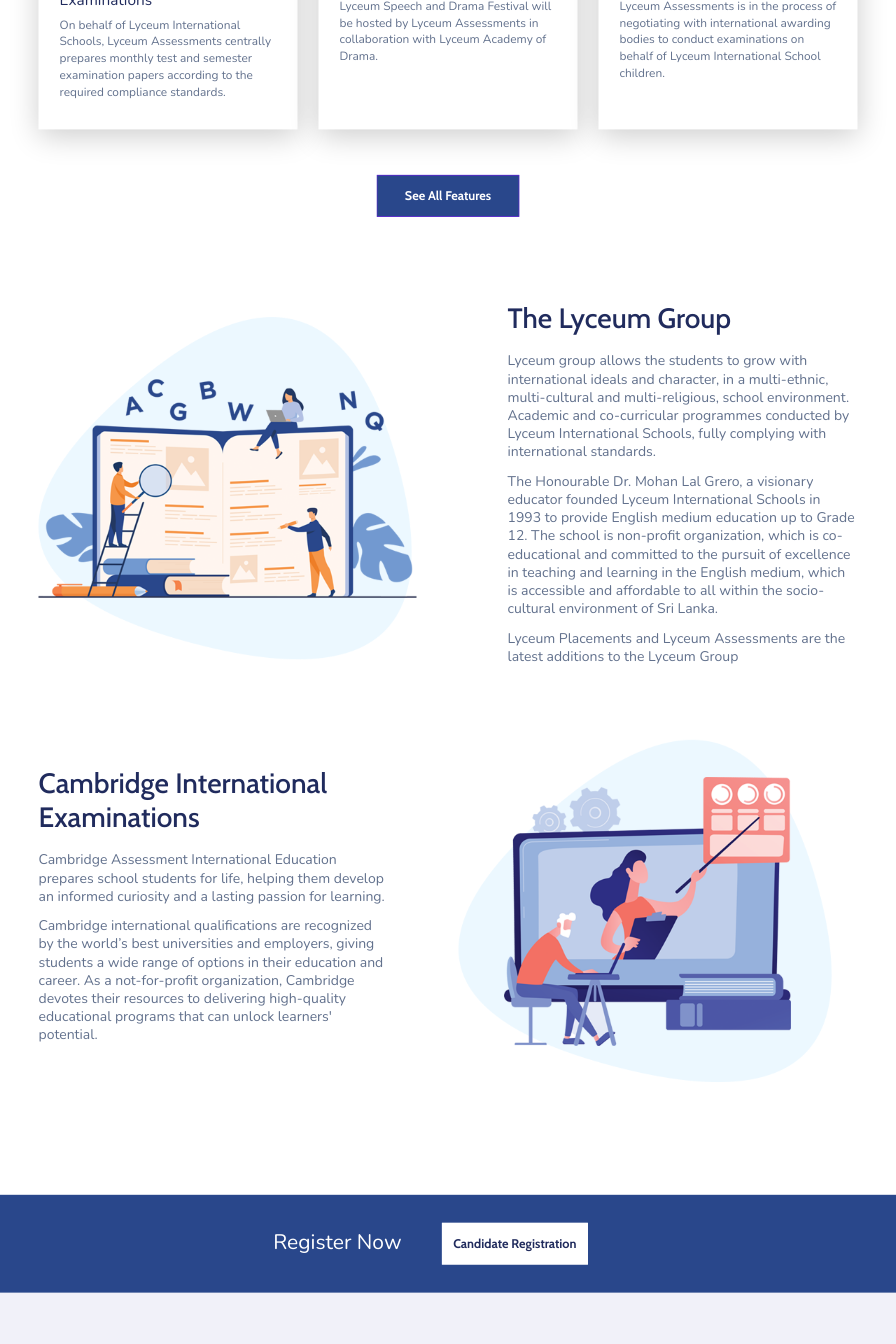
Repository: AXUSLK/LyceumAssessments-HTML
Page: index.html
These files come from the project's save history. The page is drawn as it stood at one moment and after the next save; the edit follows.
The browser window is 1280 px wide. The pictures show the part of the page from y = 1827 to 3747 px (the page is 5813 px tall before and 5718 px after), at 70% of full size.
Some web libraries are served in a nearby version.

Above is the page before, as saved 2022-02-01 10:29:42.

### index.html
<!DOCTYPE html>
<html lang="en">

<head>
	<!-- set the encoding of your site -->
	<meta charset="utf-8">
	<meta name="viewport" content="width=device-width, initial-scale=1.0">
	<!-- set the page title -->
	<title>Lyceum Assessments is a fully owned subsidiary of the Lyceum Group.</title>
	<!-- inlcude google cabin font cdn link -->
	<link
		href="https://fonts.googleapis.com/css2?family=Cabin:ital,wght@0,400;0,500;0,600;0,700;1,400;1,500;1,600;1,700&display=swap"
		rel="stylesheet">
	<!-- inlcude google nunito font cdn link -->
	<link
		href="https://fonts.googleapis.com/css2?family=Nunito:ital,wght@0,300;0,400;0,600;0,700;1,300;1,400;1,600;1,700&display=swap"
		rel="stylesheet">
	<!-- include the site bootstrap stylesheet -->
	<link rel="stylesheet" href="css/bootstrap.css">
	<!-- include the site stylesheet -->
	<link rel="stylesheet" href="style.css">
	<!-- include theme color setting stylesheet -->
	<link rel="stylesheet" href="css/colors.css">
	<!-- include the site responsive stylesheet -->
	<link rel="stylesheet" href="css/responsive.css">
</head>

<body>

	<!-- pageWrapper -->
	<div id="pageWrapper">
		<div class="phStickyWrap">

			<!-- pageHeader -->
			<header id="pageHeader" class="w-100 headerFixer">
				<div class="container">
					<!-- hdHolder -->
					<div class="hdHolder position-relative pt-2 pb-2 pt-lg-4 pb-lg-4 pt-xl-7 pb-xl-7">
						<div class="row">
							<div class="col-4 col-md-2">
								<!-- logo -->
								<div class="logo mt-1">
									<a href="javascript:void(0);">
										<img src="images/LYA__LOGO.png" class="img-fluid" alt="">
									</a>
								</div>
							</div>
							<div class="col-8 col-md-10 position-static">
								<!-- pageNav -->
								<nav id="pageNav"
									class="navbar navbar-expand-md navbar-dark justify-content-end p-0 align-items-start position-static">
									<!-- pageMainNavCollapse -->
									<div class="collapse navbar-collapse pageMainNavCollapse justify-content-end"
										id="pageMainNavCollapse">
										<!-- mainNavigation -->
										<ul class="navbar-nav mainNavigation fwSemi pt-md-2">
											<li class="nav-item">
												<a class="nav-link" href="#pageWrapper">Home <span
														class="sr-only">(current)</span></a>
												</a>
											</li>
											<li class="nav-item">
												<a class="nav-link" href="#scrollToAbout">About Us</a>
												</a>
											</li>
											<li class="nav-item">
												<a class="nav-link" href="#scrollToCambridge">Cambridge
													International</a>
												</a>
											</li>
											<li class="nav-item">
												<a class="nav-link" href="#scrollToDownloads">Downloads</a>
												</a>
											</li>
											<li class="nav-item">
												<a class="nav-link" href="#scrollToContact">Contact Us</a>
												</a>
											</li>
										</ul>
									</div>
									<!-- hdBtn -->
									<a href="javascript:void(0);"
										class="btn btn-info font-weight-normal text-capitalize hdBtn ml-md-3 ml-md-6 ml-lg-12 position-relative border-0 p-0"
										data-hover="Get Started">
										<span class="d-block btnText">Candidate Registration </span>
									</a>
									<!-- pageNavOpener -->
									<button class="navbar-toggler pageNavOpener ml-3" type="button"
										data-toggle="collapse" data-target="#pageMainNavCollapse"
										aria-controls="pageMainNavCollapse" aria-expanded="false"
										aria-label="Toggle navigation">
										<span class="navbar-toggler-icon"></span>
									</button>
								</nav>
							</div>
						</div>
					</div>
				</div>
			</header>
		</div>

		<main>

			<!-- Header -->
			<section class="introBlock d-flex w-100 position-relative text-white ">
				<div class="carousel">
					<div class="carousel-inner">
						<input class="carousel-open" type="radio" id="carousel-1" name="carousel" aria-hidden="true"
							hidden="" checked="checked">
						<div class="carousel-item">
							<img src="./images/1.jpg">
						</div>
						<input class="carousel-open" type="radio" id="carousel-2" name="carousel" aria-hidden="true"
							hidden="">
						<div class="carousel-item">
							<img src="http://fakeimg.pl/2000x800/DA5930/fff/?text=JavaScript">
						</div>
						<input class="carousel-open" type="radio" id="carousel-3" name="carousel" aria-hidden="true"
							hidden="">
						<div class="carousel-item">
							<img src="http://fakeimg.pl/2000x800/F90/fff/?text=Carousel">
						</div>
						<label for="carousel-3" class="carousel-control prev control-1">‹</label>
						<label for="carousel-2" class="carousel-control next control-1">›</label>
						<label for="carousel-1" class="carousel-control prev control-2">‹</label>
						<label for="carousel-3" class="carousel-control next control-2">›</label>
						<label for="carousel-2" class="carousel-control prev control-3">‹</label>
						<label for="carousel-1" class="carousel-control next control-3">›</label>
						<ol class="carousel-indicators">
							<li>
								<label for="carousel-1" class="carousel-bullet">•</label>
							</li>
							<li>
								<label for="carousel-2" class="carousel-bullet">•</label>
							</li>
							<li>
								<label for="carousel-3" class="carousel-bullet">•</label>
							</li>
						</ol>
					</div>
				</div>
			</section>

			<!-- About -->
			<div id="scrollToAbout" class="mt-md-n12 mt-lg-n14 pt-md-12 pt-lg-14">
				<!-- featureBlock -->
				<section class="featureBlock pt-8 pt-md-13 pt-lg-19 pt-xl-23">
					<div class="container">
						<!-- afColumn -->
						<article class="afColumn mb-7 mb-md-11 mb-lg-18">
							<div class="row align-items-center">
								<div class="col-12 col-md-6 wow slideInRight">
									<div class="extraWrap pl-md-7 pl-lg-14">
										<!-- titleWrap -->
										<header class="titleWrap">
											<h3 class="mb-5">About Lyceum Assessments</h3>
											<p>Lyceum Assessments is a fully owned subsidiary of the Lyceum Group. We
												are focusing on
												conducting, administering and offering competitive international and
												Lyceum examinations to
												students island-wide.
											</p>
											<p>
												Lyceum Assessments (Pvt) Limited was incorporated as a private limited
												company under the
												Companies Act of Sri Lanka on 27th July 2021.</p>
										</header>
										<!-- afTabsList -->
										<ul class="nav nav-tabs afTabsList border-0 fontAlter fwMedium mt-8" id="myTab"
											role="tablist">
											<li class="nav-item" role="presentation">
												<a class="nav-link active" id="analytics-tab" data-toggle="tab"
													href="#analytics" role="tab" aria-controls="analytics"
													aria-selected="true">Our Vision</a>
												</a>
											</li>
											<li class="nav-item" role="presentation">
												<a class="nav-link" id="traffic-tab" data-toggle="tab" href="#traffic"
													role="tab" aria-controls="traffic" aria-selected="false">Our
													Mission</a>
												</a>
											</li>
										</ul>
										<!-- myTabContent -->
										<div class="tab-content" id="myTabContent">
											<div class="tab-pane fade show active" id="analytics" role="tabpanel"
												aria-labelledby="analytics-tab">
												<div class="mtctWrap overflow-hidden pt-5">
													<p>To become the market leader in the administration of assessments
														in the region.</p>
												</div>
											</div>
											<div class="tab-pane fade" id="traffic" role="tabpanel"
												aria-labelledby="traffic-tab">
												<div class="mtctWrap overflow-hidden pt-5">
													<p>To provide the expertise required to assess learning at different
														levels of education by making
														globally recognized awards and qualifications accessible &
														affordable to all while ensuring
														international quality standards.</p>
												</div>
											</div>
										</div>
									</div>
								</div>

								<div class="col-12 col-md-6 wow slideInLeft">
									<!-- imgHolder -->
									<div class="imgHolder position-relative mx-auto mb-4 mb-md-0">
										<img src="./images/about.png" class="img-fluid" alt="image description">
										<!-- bgPattern -->
										<span class="bgPattern position-absolute"
											style="background-image: url(images/bgShapes03.png);"></span>
									</div>
								</div>
							</div>
						</article>
					</div>
				</section>
			</div>

			<!-- Serveices -->
			<div id="scrollTo3" class="mt-md-n12 mt-lg-n14 pt-md-12 pt-lg-14">
				<!-- featureBlock -->
				<section class="featureBlock pt-8 pb-8 pt-md-13 pb-md-13 pt-lg-19 pb-lg-20 pt-xl-23 pb-xl-24">
					<div class="container">
						<div class="row">
							<div class="col-12 col-lg-10 offset-lg-1">
								<!-- headingHead -->
								<header
									class="headingHead textMedium text-center mb-8 mb-lg-10 mb-xl-14 wow bounceInUp">
									<h3 class="mb-5">Our Services</h3>
								</header>
							</div>
						</div>
						<div class="row justify-content-center">
							<div class="col-12 col-sm-6 col-lg-4 d-flex wow flipInX" data-wow-delay="0.5s">
								<!-- featColumn -->
								<article class="featColumn shadow-lg position-relative w-100 pt-8 pb-5 px-6 mb-6">
									<span
										class="icnWrap d-flex align-items-center justify-content-center text-center rounded-circle mb-5"
										data-theme="pink">
										<span class="w-100 d-block p-1">
											<img src="images/ico01.svg" width="35" height="31" alt="icon">
										</span>
									</span>
									<h3 class="h6 fontBase font-weight-normal mb-2">
										<a href="javascript:void(0);">Lyceum International Internal Examinations</a>
									</h3>
									<p>On behalf of Lyceum International Schools, Lyceum Assessments centrally prepares
										monthly test and semester examination papers according to the required
										compliance standards.</p>
								</article>
							</div>
							<div class="col-12 col-sm-6 col-lg-4 d-flex wow flipInX" data-wow-delay="0.5s">
								<!-- featColumn -->
								<article class="featColumn shadow-lg position-relative w-100 pt-8 pb-5 px-6 mb-6">
									<span
										class="icnWrap d-flex align-items-center justify-content-center text-center rounded-circle mb-5"
										data-theme="info">
										<span class="w-100 d-block p-1">
											<img src="images/ico02.svg" width="35" height="33" alt="icon">
										</span>
									</span>
									<h3 class="h6 fontBase font-weight-normal mb-2">
										<a href="javascript:void(0);">Speech and Drama Festival</a>
									</h3>
									<p>Lyceum Speech and Drama Festival will be hosted by Lyceum Assessments in
										collaboration with Lyceum Academy of Drama.</p>
								</article>
							</div>
							<div class="col-12 col-sm-6 col-lg-4 d-flex wow flipInX" data-wow-delay="0.5s">
								<!-- featColumn -->
								<article class="featColumn shadow-lg position-relative w-100 pt-8 pb-5 px-6 mb-6">
									<span
										class="icnWrap d-flex align-items-center justify-content-center text-center rounded-circle mb-5"
										data-theme="yellow">
										<span class="w-100 d-block p-1">
											<img src="images/ico03.svg" width="35" height="33" alt="icon">
										</span>
									</span>
									<h3 class="h6 fontBase font-weight-normal mb-2">
										<a href="javascript:void(0);">International Examinations </a>
									</h3>
									<p>Lyceum Assessments is in the process of negotiating with international awarding
										bodies to conduct examinations on behalf of Lyceum International School
										children.</p>
								</article>
							</div>

						</div>
						<!-- btnWrap -->
						<footer class="text-center btnWrap pt-4 pt-md-7 wow slideInRight">
							<a href="javascript:void(0);"
								class="btn btnTheme btnMinMedium text-capitalize p-0 border-0 position-relative"
								data-hover="See All Features">
								<span class="d-block btnText">See All Features</span>
							</a>
						</footer>
					</div>
				</section>
			</div>

			<!-- Lyceum Group & Cambridge International -->
			<section id="" class="allFeatBlock pb-3 pb-lg-10 pb-xl-14">
				<div class="container">
					<!-- afColumnsWrap -->
					<div class="afColumnsWrap">
						<!-- afColumn -->
						<article class="afColumn mb-7 mb-md-11 mb-lg-18">
							<div class="row align-items-center">
								<div class="col-12 col-md-6 wow slideInLeft">
									<!-- imgHolder -->
									<div class="imgHolder position-relative mx-auto mb-4 mb-md-0">
										<img src="./images/lyceum_group.png" class="img-fluid" alt="image description">
										<!-- bgPattern -->
										<span class="bgPattern position-absolute"
											style="background-image: url(images/bgShapes03.png);"></span>
									</div>
								</div>
								<div class="col-12 col-md-6 wow slideInRight">
									<div class="extraWrap pl-md-7 pl-lg-14">
										<!-- titleWrap -->
										<header class="titleWrap">
											<h3 class="mb-5">The Lyceum Group</h3>


											<p>Lyceum group allows the students to grow with international ideals and
												character, in a multi-ethnic, multi-cultural and multi-religious, school
												environment. Academic and co-curricular programmes conducted by Lyceum
												International Schools, fully complying with international standards.</p>
											<p>The Honourable Dr. Mohan Lal Grero, a visionary educator founded Lyceum
												International Schools in 1993 to provide English medium education up to
												Grade 12. The school is non-profit organization, which is co-educational
												and
												committed to the pursuit of excellence in teaching and learning in the
												English medium, which is accessible and affordable to all within the
												socio-cultural environment of Sri Lanka.</p>
											<p>Lyceum Placements and Lyceum Assessments are the latest additions to the
												Lyceum Group</p>
										</header>
									</div>
								</div>
							</div>
						</article>
						<!-- afColumn -->
						<article class="afColumn mb-7 mb-md-11 mb-lg-18">
							<div class="row align-items-center">
								<div class="col-12 col-md-6 wow slideInLeft">
									<!-- imgHolder -->
									<div class="imgHolder position-relative mx-auto mb-4 mb-md-0">
										<img src="./images/cambridge.png" class="img-fluid" alt="image description">
										<!-- bgPattern -->
										<span class="bgPattern position-absolute"
											style="background-image: url(images/bgShapes03.png);"></span>
									</div>
								</div>
								<div class="col-12 col-md-6 wow slideInRight">
									<div class="extraWrap pr-md-7 pr-lg-14">
										<!-- titleWrap -->
										<header class="titleWrap">
											<h3 class="mb-5">Cambridge International Examinations</h3>
											<p>
											<p>Cambridge Assessment International Education prepares school students for
												life, helping them develop an informed curiosity and a lasting passion
												for learning.</p>
											<p>Cambridge international qualifications are recognized by the
												world&rsquo;s best universities and employers, giving students a wide
												range of options in their education and career. As a not-for-profit
												organization, Cambridge devotes their resources to delivering
												high-quality educational programs that can unlock learners' potential.
											</p>
											</p>
										</header>

									</div>
								</div>
							</div>
						</article>
					</div>
				</div>
			</section>


			<div id="scrollToCambridge" class="mt-md-n12 mt-lg-n14 pt-md-12 pt-lg-14 wow fadeIn" data-wow-delay="1s">
				<!-- testimonialsBlock -->
				<!-- Candidate Registration -->
				<aside class="tryPetAside text-center text-white py-5 py-lg-8 wow pulse">
					<div class="container">
						<p class="mb-0">Register Now <a href="javascript:void(0);"
								class="btn btnWhite mt-3 mt-md-0 mx-md-4 mx-lg-10 btnMin p-0 border-0 position-relative"
								data-hover="Try it"><span class="d-block btnText">Candidate Registration</span></a></p>
					</div>
				</aside>

				<article
					class="testimonialsBlock bg-light pt-7 pb-5 pt-md-9 pb-md-7 pt-lg-14 pb-lg-12 pt-xl-21 pb-xl-19">
					<div class="container">
						<header class="text-center mb-8">
							<h3 class="mb-5">Candidate
								Registration System</h3>
						</header>
						<div class="row">
							<div class="col-12">
								<!-- quotesSlider -->

								<div>
									<p class="clientQuote fontAlter text-primary">
										Cambridge
										Assessment International Education Examinations registration for the
										session May/June
										2022 is now live. Please complete your online registration
										process.</p>
									<!-- clientQuote -->

									<p class="clientQuote fontAlter text-primary pt-5">
										Lyceum Assessments deadlines for Cambridge International May/June 2022 exams
										session</p>

								</div>

							</div>
						</div>
						<div class="row">
							<div class="col-md-2"></div>
							<div class="col-md-8">
								<table class="infoTable">
									<tbody>
										<tr>
											<th width="298">
												<p><strong>Key dates</strong></p>
											</th>
											<th width="234">
												<p><strong>The year 2022</strong></p>
											</th>
										</tr>
										<tr>
											<td width="298">
												<p>Normal Registration Period (Final Entry)</p>
											</td>
											<td width="234">
												<p>02nd February - 14th February</p>
											</td>
										</tr>
										<tr>
											<td width="298">
												<p>Late Penalty Registration Period</p>
											</td>
											<td width="234">
												<p>15th February &ndash; 11th April</p>
											</td>
										</tr>
										<tr>
											<td width="298">
												<p>Very Late Penalty Registration Period</p>
											</td>
											<td width="234">
												<p>12th April onwards</p>
											</td>
										</tr>
										<tr>
											<td width="298">
												<p>Timetabled Exam Period</p>
											</td>
											<td width="234">
												<p>25 April - 10 June</p>
											</td>
										</tr>
									</tbody>
								</table>
							</div>
							<div class="col-md-2"></div>

						</div>
						<p>&nbsp;</p>
						<p class="clientQuote fontAlter text-primary">Candidates are requested to take note of the
							registration deadline.
							Registration
							is completed once you submit the application and completed the relevant
							payment.
						</p>

						<p class="clientQuote fontAlter text-primary">Any payments made after the deadline will be
							treated as late and subjected to
							the
							appropriate extra late fee.</p>

					</div>
				</article>
			</div>

			<!-- Downloads -->
			<section id="scrollToDownloads" class="allFeatBlock pb-3 pb-lg-10 pb-xl-14">
				<div class="container">
					<!-- afColumnsWrap -->
					<div class="afColumnsWrap">
						<!-- afColumn -->
						<article class="afColumn mb-7 mb-md-11 mb-lg-18">
							<div class="row align-items-center">
								<div class="col-12 col-md-6 wow slideInLeft">
									<!-- imgHolder -->
									<div class="imgHolder position-relative mx-auto mb-4 mb-md-0">
										<img src="./images/download.png" class="img-fluid" alt="image description">
										<!-- bgPattern -->
										<span class="bgPattern position-absolute"
											style="background-image: url(images/bgShapes03.png);"></span>
									</div>
								</div>
								<div class="col-12 col-md-6 wow slideInRight">
									<div class="extraWrap pr-md-7 pr-lg-14">
										<!-- titleWrap -->
										<header class="titleWrap">
											<h3 class="mb-5">Download Materials</h3>
											<ul class="list-unstyled tickList mt-7">
												<a href="" target="_blank">
													<li>June 2022 Time Table (Zone-4)
												</a></li>
												<a href="" target="_blank">
													<li>Fees Structure
												</a></li>
												<a href="" target="_blank">
													<li>Cambridge International AS & A Level syllabuses
												</a></li>
												<a href="" target="_blank">
													<li>Cambridge International O Level syllabus
												</a></li>
												<a href="" target="_blank">
													<li>Cambridge IGCSE syllabus
												</a></li>
												<a href="" target="_blank">
													<li>Lyceum Assessments Refund Policy
												</a></li>
												<a href="" target="_blank">
													<li>Lyceum Assessments Refund Form
												</a></li>
												<a href="" target="_blank">
													<li>Subject Entry Amendments Form
												</a></li>
												<a href="" target="_blank">
													<li>Data Entry Amendments Form
												</a></li>
												<a href="" target="_blank">
													<li>Easy Step Guide – School Candidate Below 18
												</a></li>
												<a href="" target="_blank">
													<li>Easy Step Guide – School Candidate above 18
												</a></li>
												<a href="" target="_blank">
													<li>Very Late Registrations Application
												</a></li>

											</ul>
										</header>

									</div>
								</div>
							</div>
						</article>
					</div>
				</div>
			</section>


		</main>

		<!-- Footer -->
		<div class="ftAreaWrap bg-primary text-gray777fa1 wow fadeIn" data-wow-delay="0.5s">
			<!-- footerAside -->
			<aside id="scrollToContact"
				class="footerAside pt-20 pt-md-10 pt-lg-16 pb-1 pb-md-4 position-relative text-center text-sm-left">
				<div class="centerDivItem">
					<!-- ftLogo -->
					<div class="ftLogo mb-6 mx-auto mx-md-0 ">
						<a href="javascript:void(0);">
							<img src="images/LYA__LOGO.png" class="img-fluid " alt="">
						</a>

						<address class="ftAddress text-center pt-5 text-md-left mb-6 mt-6 mt-md-0">3/1, Raymond
							Road,
							Nugegoda, Sri Lanka</address>

						<address class="ftAddress text-center text-md-left mb-6 mt-6 mt-md-0">
							info_assessments@lyceum.lk</address>
					</div>

					<!-- ftAddress -->

				</div>
			</aside>
			<!-- pageFooter -->
			<footer id="pageFooter" class="text-center fontAlter">
				<div class="container">
					<!-- pfHolder -->
					<div class="pfHolder pt-md-10 pt-sm-35 pt-7 pb-5">
						<p>Copyright © 2022 Lyceum Assessments All Rights
							Reserved. Concept Designed and Developed by
							<a target="_blank" href="https://zuse.lk/">ZUSE
								Technologies.</a>
						</p>
					</div>
				</div>
			</footer>
		</div>

	</div>
	<!-- include jQuery library -->
	<script src="js/jquery-3.4.1.min.js"></script>
	<!-- include bootstrap popper JavaScript -->
	<script src="js/popper.min.js"></script>
	<!-- include bootstrap JavaScript -->
	<script src="js/bootstrap.min.js"></script>
	<!-- include custom JavaScript -->
	<script src="js/jqueryCustom.js"></script>
	<!-- include fontAwesome -->
	<script src="https://kit.fontawesome.com/391f644c42.js"></script>
</body>

</html>

Loaded but not shown: css/bootstrap.css (library); js/jquery-3.4.1.min.js (library); js/popper.min.js (library); js/bootstrap.min.js (library); images/ico03.svg (1 lines, source omitted); js/jqueryCustom.js (771 lines, source omitted); style.css (4908 lines, source omitted); css/responsive.css (209 lines, source omitted); css/colors.css (21 lines, source omitted)

After the next save:
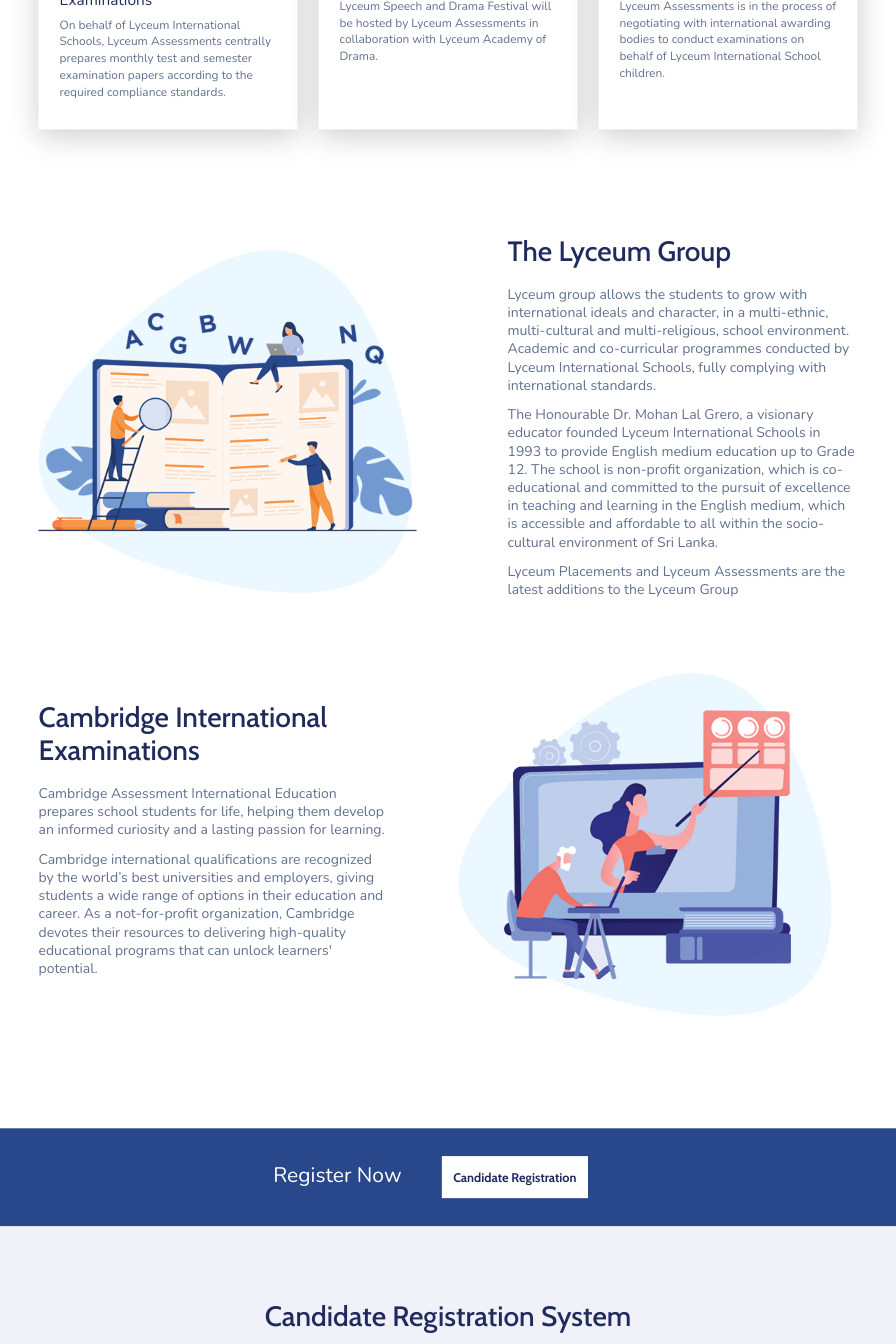
Saved 16 min 16 s later.
--- a/index.html
+++ b/index.html
@@ -289,14 +289,6 @@
 							</div>
 
 						</div>
-						<!-- btnWrap -->
-						<footer class="text-center btnWrap pt-4 pt-md-7 wow slideInRight">
-							<a href="javascript:void(0);"
-								class="btn btnTheme btnMinMedium text-capitalize p-0 border-0 position-relative"
-								data-hover="See All Features">
-								<span class="d-block btnText">See All Features</span>
-							</a>
-						</footer>
 					</div>
 				</section>
 			</div>
